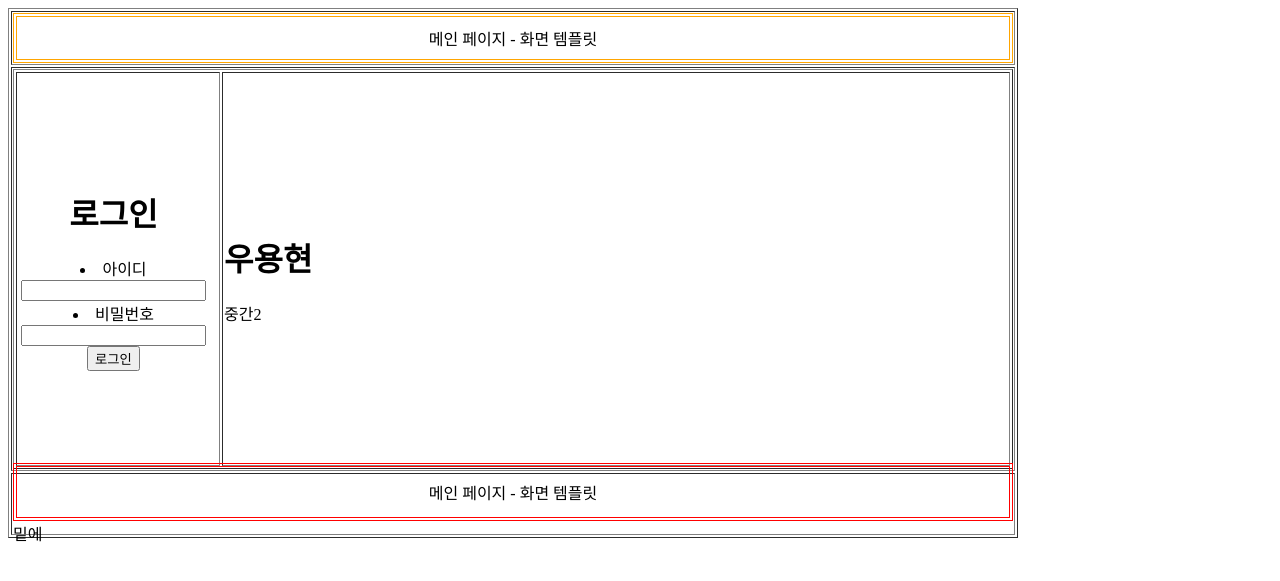
Repository: ikobean/ikoebean
Page: http://localhost/dev_jsp/ch07/index.jsp
These files come from the project's save history. The page is drawn as it stood at one moment and after the next save; the edit follows.
The browser window is 1280 px wide. The pictures show the whole page.
The page is served by Tomcat 9. Other server files are loaded and not shown.

Above is the page before, as saved 2019-07-17 02:20:16.

### workspace_jsp/dev_jsp/WebContent/ch07/index.jsp
<%@ page language="java" contentType="text/html; charset=UTF-8"
    pageEncoding="UTF-8"%>
<!DOCTYPE html>
<html>
<head>
<meta charset="UTF-8">
<title>Insert title here</title>
</head>
<body>
<table border=1 width="1000" height="500">
<!-- top 영억 -->
	<tr>
	<td height="50" >

	<jsp:include page="top.jsp" flush="false"/></td>
	</tr>
<!-- body 영억 -->
	<tr>
		<td>
			<table border=1 width="1000" height="400">
				<tr>
<!-- menu 영억 -->
					<td width="200" >
					<jsp:include page="menu.jsp" flush="false"/>

					</td>
<!-- main 영억 -->
					<td>
					<jsp:include page="main.jsp" flush="false"/>
						중간2
					</td>
				</tr>

			</table>
		</td>
	</tr>
<!-- bottom 영억 -->
	<tr>
		<td height="50">
		<jsp:include page="bottom.jsp" flush="false"/>
		밑에
		</td>
	</tr>
</table>
</body>
</html>

### workspace_jsp/dev_jsp/WebContent/ch07/top.jsp
<%@ page language="java" contentType="text/html; charset=UTF-8"
    pageEncoding="UTF-8"%>
<!DOCTYPE html>
<html>
<head>
<meta charset="UTF-8">
<title>index.jsp페이지에 삽입되므로 title은 보이지 않음.</title>
</head>
<body>

<!-- index.jsp top영역에서 width와 height을 상수로 처리했으므로 %로 처리하면 됨. -->
<table width="100%" height="100%" borderColor="orange" border="1">
	<tr>
		<td align="center">	메인 페이지 - 화면 템플릿 </td>
	</tr>
</table>
</body>
</html>

### workspace_jsp/dev_jsp/WebContent/ch07/menu.jsp
<%@ page language="java" contentType="text/html; charset=UTF-8"
    pageEncoding="UTF-8"%>
<!DOCTYPE html>
<html>
<head>
<meta charset="UTF-8">
<title>Insert title here</title>
</head>
<body>
<table>
	<tr>
		<td align="center">
			<h1>로그인</h1>

			<li>아이디</li><input type="text">
			<li>비밀번호</li> <input type="text">
			<br>
			<input type='button' value="로그인" onclick=alert("암것도없지롱")>
		</td>
	</tr>

</table>
</body>
</html>

### workspace_jsp/dev_jsp/WebContent/ch07/main.jsp
<%@ page language="java" contentType="text/html; charset=UTF-8"
    pageEncoding="UTF-8"%>
<!DOCTYPE html>
<html>
<head>
<meta charset="UTF-8">
<title>Insert title here</title>
</head>
<body>
<h1>우용현</h1>

</body>
</html>

### workspace_jsp/dev_jsp/WebContent/ch07/bottom.jsp
<%@ page language="java" contentType="text/html; charset=UTF-8"
    pageEncoding="UTF-8"%>
<!DOCTYPE html>
<html>
<head>
<meta charset="UTF-8">
<title>Insert title here</title>
</head>
<body>

<table width="100%" height="100%" borderColor="red" border="1">
	<tr>
		<td align="center">	메인 페이지 - 화면 템플릿 </td>
	</tr>
</table>
</body>
</html>

After the next save:
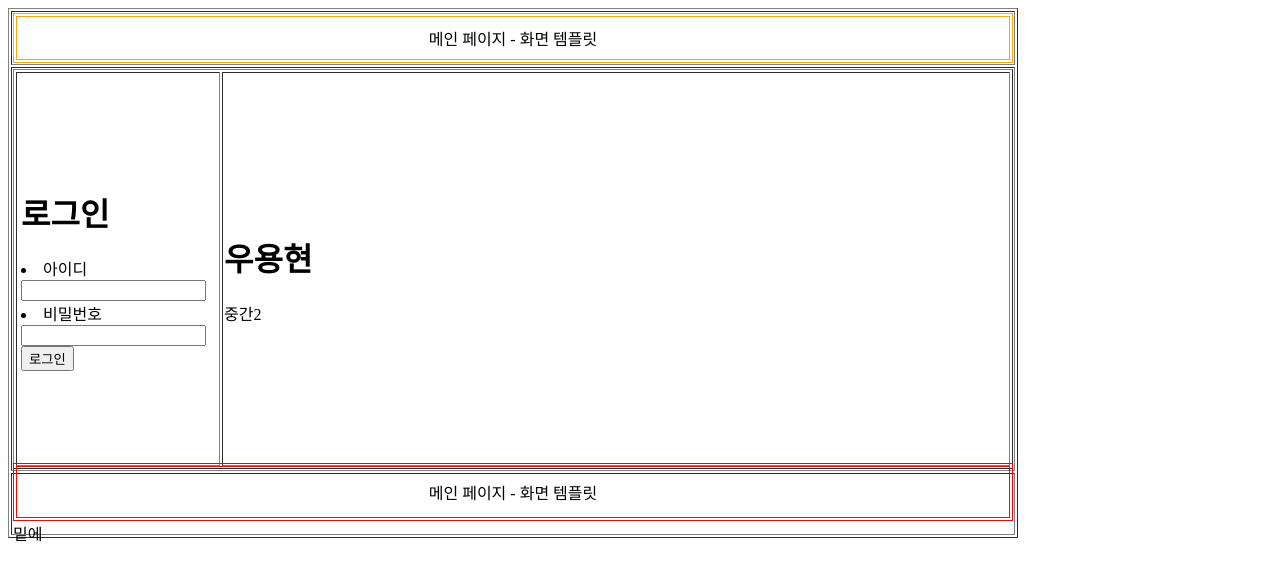
Saved 14 min 12 s later.
--- a/workspace_jsp/dev_jsp/WebContent/ch07/menu.jsp
+++ b/workspace_jsp/dev_jsp/WebContent/ch07/menu.jsp
@@ -9,7 +9,7 @@
 <body>
 <table>
 	<tr>
-		<td align="center">
+		<td align="left" valign="top">
 			<h1>로그인</h1>
 
 			<li>아이디</li><input type="text">
